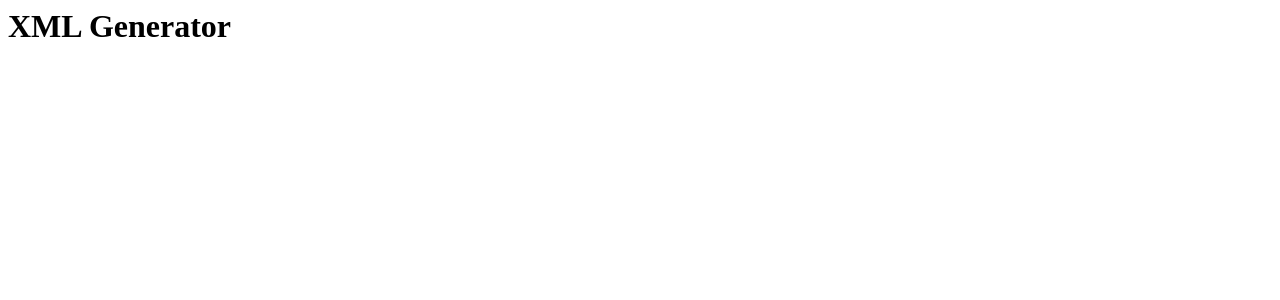
Repository: gh-56/jsp_workspace_al
Page: http://localhost/12_template_page/xml.jsp
The author's editor kept a copy of each file at every save. The page is drawn from the files as they stood at one save, then again after the next save.
The browser window is 1280 px wide. The pictures show the whole page.
The page is served by Tomcat 9.

Above is the page before, as saved 2023-10-18 02:27:48.

### 12_template_page/src/main/webapp/xml.jsp
<%@ page language="java" contentType="text/html; charset=UTF-8"
    pageEncoding="UTF-8"%>
<!-- xml.jsp -->
<h1>XML Generator</h1>
<!-- custom tag 추가 -->
<jsp:element name="lee">
	<jsp:attribute name="id">
		leeID
	</jsp:attribute>
	<jsp:attribute name="class">
		leeClass
	</jsp:attribute>
</jsp:element>

After the next save:
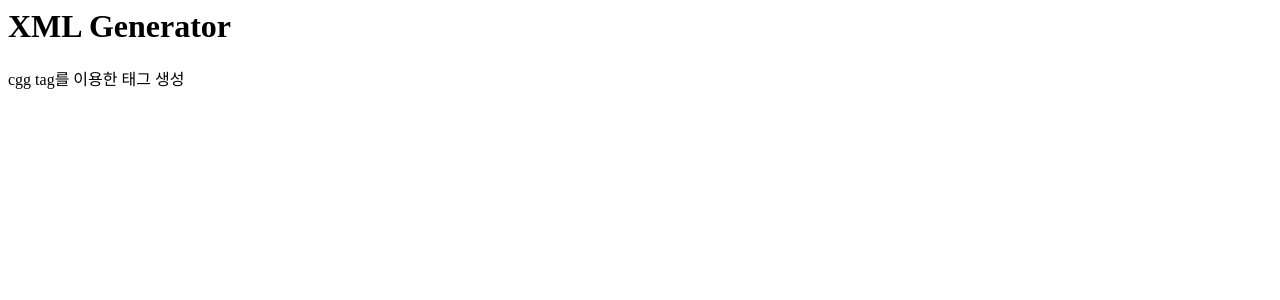
Saved 26 s later.
--- a/12_template_page/src/main/webapp/xml.jsp
+++ b/12_template_page/src/main/webapp/xml.jsp
@@ -10,4 +10,7 @@
 	<jsp:attribute name="class">
 		leeClass
 	</jsp:attribute>
+	<jsp:body>
+		cgg tag를 이용한 태그 생성
+	</jsp:body>
 </jsp:element>
